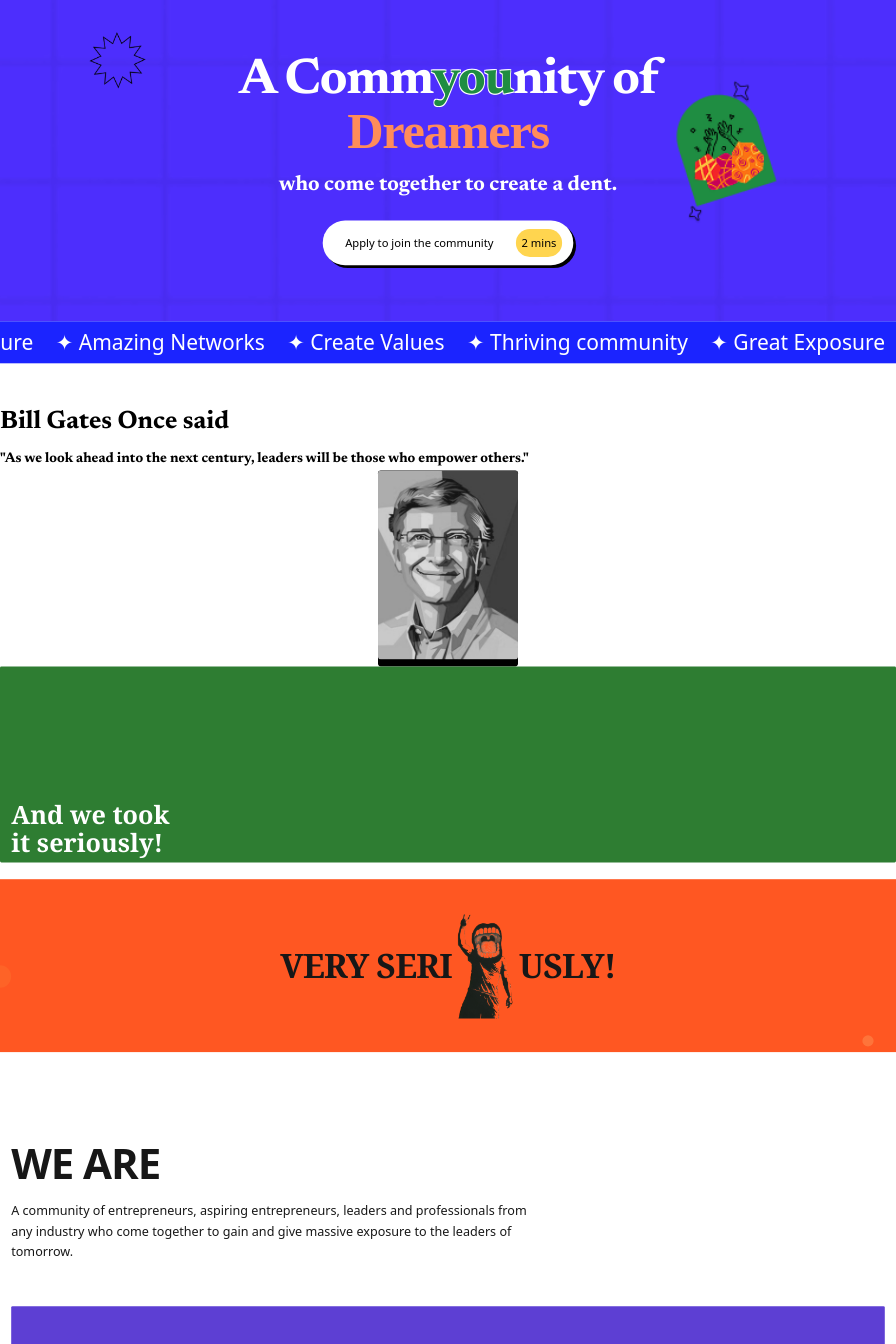
Repository: as-avni/dreamersite
Page: /
An editor plug-in stored every save of this project. The page is shown before and after the next save, followed by the edit.
The browser window is 1280 px wide. The pictures show the part of the page from y = 0 to 1920 px (the page is 3039 px tall before and 2991 px after), at 70% of full size.
Some web fonts or font styles are not loaded; a fallback is used. The project was rebuilt for these pictures with package versions that can differ from the ones it lists, and the page was loaded fresh each time. Some packages were replaced by stand-ins written for this rebuild. The framework's server and built-in components were replaced by stand-ins that run in the browser. Also part of the build but not shown: next.config.ts.

Above is the page before, as saved 2025-03-21 04:53:38.

After the next save:
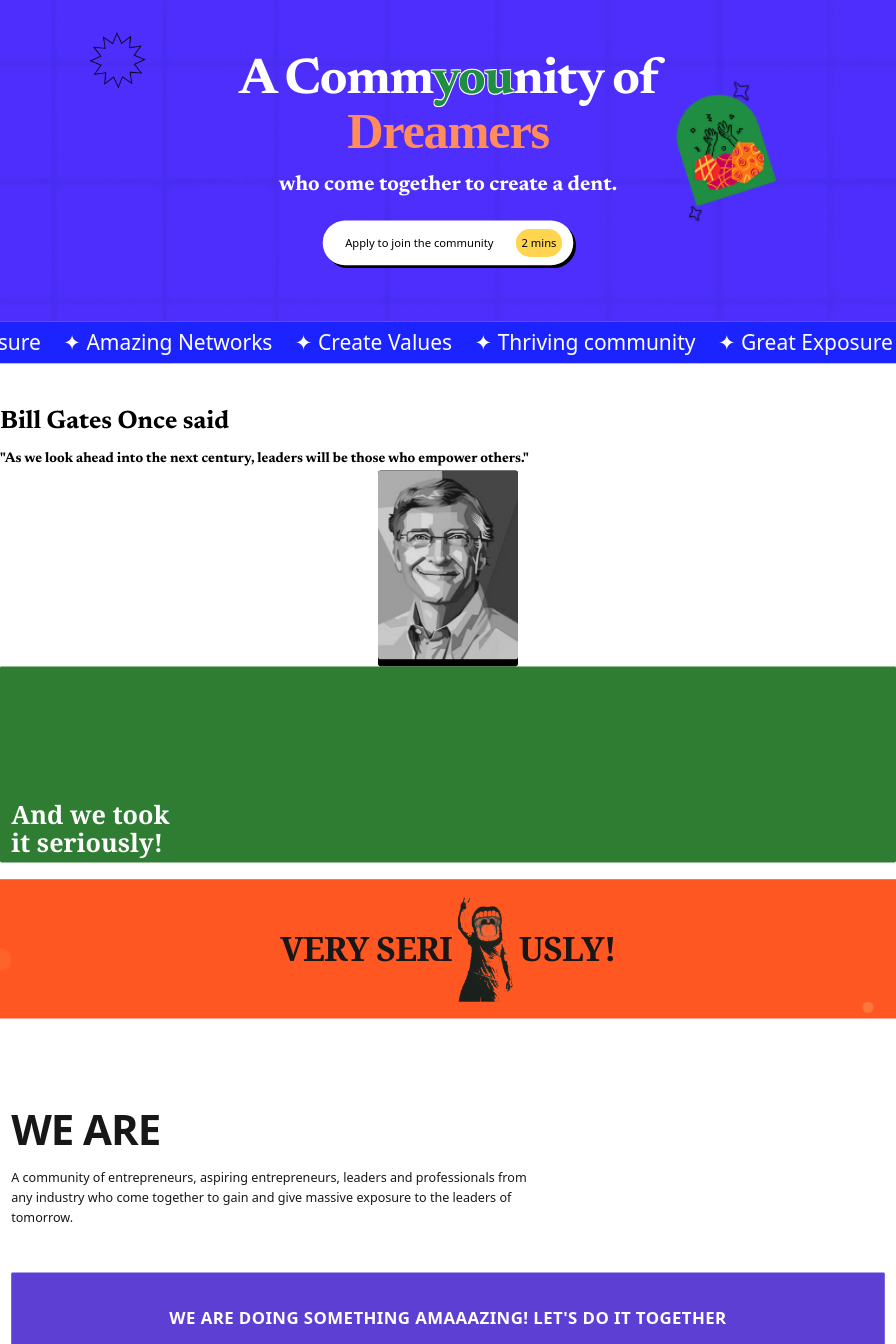
Saved 9 s later.
--- a/src/components/bill-gates.tsx
+++ b/src/components/bill-gates.tsx
@@ -65,7 +65,7 @@
             transition={{ duration: 0.6, delay: 0.6 }}
             viewport={{ once: true }}
         >
-            <div className="flex items-center justify-center space-x-2 my-6">
+            <div className="flex items-center justify-center space-x-2 ">
                 <h2 className="text-4xl md:text-5xl font-black tracking-tight font-serif">VERY SERI</h2>
                 <Image
                     src="/images/seriously.png"
